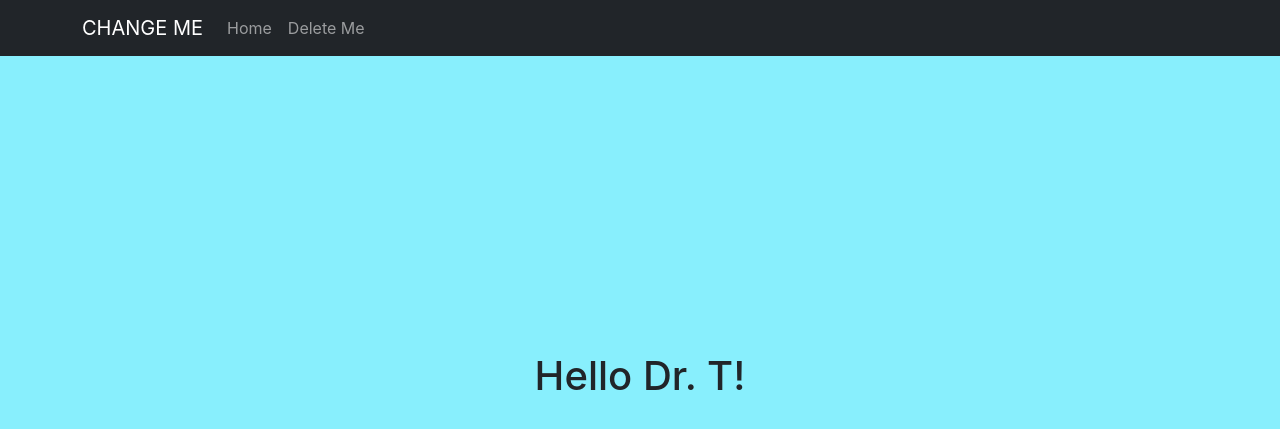
Repository: jgramirez0210/calculator-react
Page: /
These files come from the project's save history. The page is drawn as it stood at one moment and after a run of saves; the edit follows.
The browser window is 1280 px wide. The pictures show the whole page.
The project was rebuilt for these pictures with package versions that can differ from the ones it lists, and the page was loaded fresh each time. The framework's server and built-in components were replaced by stand-ins that run in the browser. Also part of the build but not shown: next.config.js.

Above is the page before, as saved 2024-01-09 18:51:39.

### pages/_app.js
/* eslint-disable react/prop-types */
import 'bootstrap/dist/css/bootstrap.min.css';
import NoAuth from '../components/NoAuth'; // TODO: COMMENT OUT FOR AUTH
import '../styles/globals.css';
// import { AuthProvider } from '../utils/context/authContext'; // TODO: COMMENT IN FOR AUTH
// import ViewDirectorBasedOnUserAuthStatus from '../utils/ViewDirector'; // TODO: COMMENT IN FOR AUTH

function MyApp({ Component, pageProps }) {
  return (
    <>
      <NoAuth
        component={Component}
        pageProps={pageProps}
      />

      {/* TODO: Delete NoAuth component above and comment in code below for authentication */}
      {/* <AuthProvider>
        <ViewDirectorBasedOnUserAuthStatus
          // if status is pending === loading
          // if status is logged in === view app
          // if status is logged out === sign in page
          component={Component}
          pageProps={pageProps}
        />
      </AuthProvider> */}
    </>
  );
}

export default MyApp;

### pages/index.js
// import { Button } from 'react-bootstrap'; // TODO: COMMENT IN FOR AUTH
// import { signOut } from '../utils/auth'; // TODO: COMMENT IN FOR AUTH
// import { useAuth } from '../utils/context/authContext'; // TODO: COMMENT IN FOR AUTH

function Home() {
  // const { user } = useAuth(); // TODO: COMMENT IN FOR AUTH

  const user = { displayName: 'Dr. T' }; // TODO: COMMENT OUT FOR AUTH
  return (
    <div
      className="text-center d-flex flex-column justify-content-center align-content-center"
      style={{
        height: '90vh',
        padding: '30px',
        maxWidth: '400px',
        margin: '0 auto',
      }}
    >
      <h1>Hello {user.displayName}! </h1>
    </div>
  );
}

export default Home;

### components/NoAuth.js
/* eslint-disable react/forbid-prop-types */
import React from 'react';
import PropTypes from 'prop-types';
import NoAuthNavBar from './NoAuthNavBar';

function NoAuth({ component: Component, pageProps }) {
  return (
    <>
      <NoAuthNavBar />
      <div className="container">
        <Component {...pageProps} />
      </div>
    </>
  );
}

NoAuth.propTypes = {
  component: PropTypes.func.isRequired,
  pageProps: PropTypes.oneOfType([PropTypes.object]).isRequired,
};

export default NoAuth;

### components/NoAuthNavBar.js
/* eslint-disable jsx-a11y/anchor-is-valid */
import React from 'react';
import Link from 'next/link';
import {
  Navbar, Container, Nav,
} from 'react-bootstrap';

export default function NoAuthNavBar() {
  return (
    <Navbar collapseOnSelect expand="lg" bg="dark" variant="dark">
      <Container>
        <Link passHref href="/">
          <Navbar.Brand>CHANGE ME</Navbar.Brand>
        </Link>
        <Navbar.Toggle aria-controls="responsive-navbar-nav" />
        <Navbar.Collapse id="responsive-navbar-nav">
          <Nav className="me-auto">
            {/* CLOSE NAVBAR ON LINK SELECTION: https://stackoverflow.com/questions/72813635/collapse-on-select-react-bootstrap-navbar-with-nextjs-not-working */}
            <Link passHref href="/">
              <Nav.Link>Home</Nav.Link>
            </Link>
            <Link passHref href="/delete-me">
              <Nav.Link>Delete Me</Nav.Link>
            </Link>
          </Nav>
        </Navbar.Collapse>
      </Container>
    </Navbar>
  );
}

Loaded but not shown: styles/globals.css (common file)

After the next 2 saves:
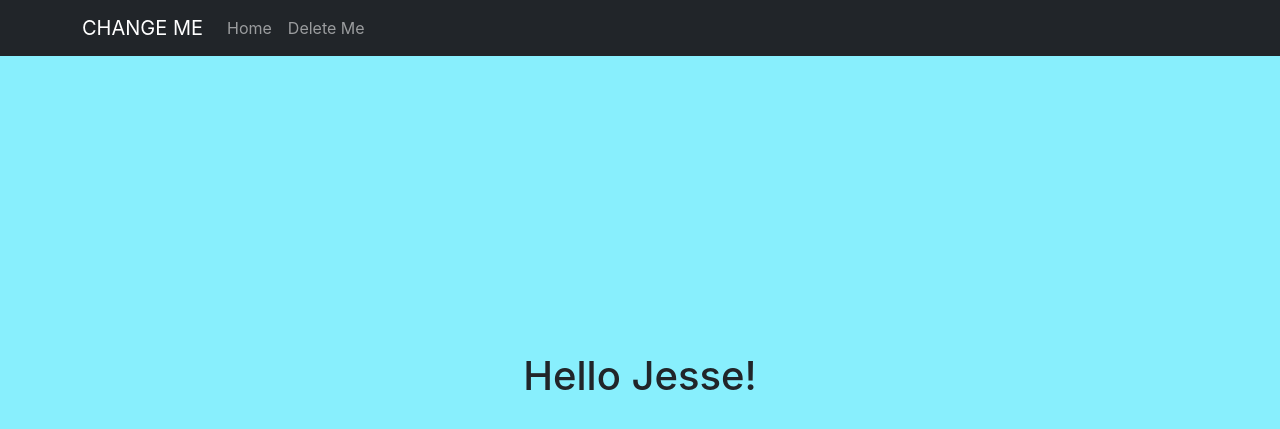
The 2 saves are shown as one change because 1 did not build or start.
The last was saved 26 min 26 s later.
--- a/pages/index.js
+++ b/pages/index.js
@@ -5,7 +5,7 @@
 function Home() {
   // const { user } = useAuth(); // TODO: COMMENT IN FOR AUTH
 
-  const user = { displayName: 'Dr. T' }; // TODO: COMMENT OUT FOR AUTH
+  const user = { displayName: 'Jesse' }; // TODO: COMMENT OUT FOR AUTH
   return (
     <div
       className="text-center d-flex flex-column justify-content-center align-content-center"
